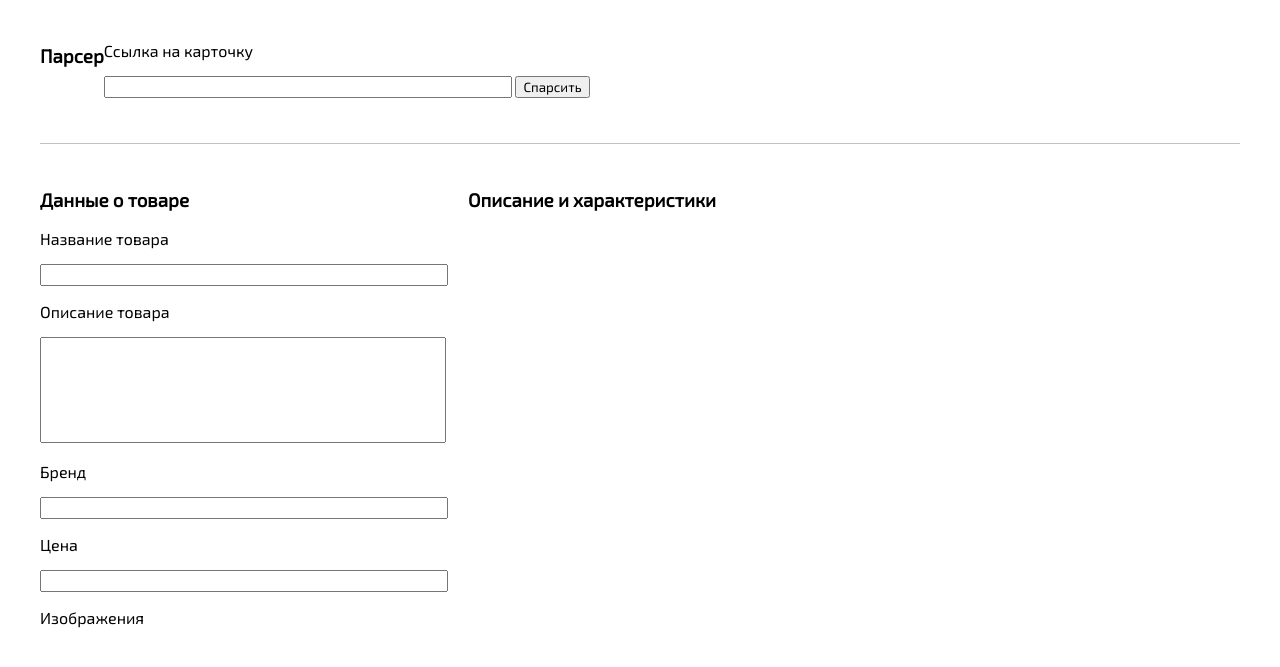
Repository: yozuul/wildberries-product-card-parser-api-exchange
Page: public/index.html
The author's editor kept a copy of each file at every save. The page is drawn from the files as they stood at one save, then again after the next save.
The browser window is 1280 px wide. The pictures show the whole page.

Above is the page before, as saved 2021-08-18 18:33:35.

### public/index.html
<!DOCTYPE html>
<html lang="en">

<head>
   <meta charset="UTF-8">
   <meta http-equiv="X-UA-Compatible" content="IE=edge">
   <meta name="viewport" content="width=device-width, initial-scale=1.0">
   <title>Document</title>
   <link rel="stylesheet" href="style.css">
</head>

<body>
   <div class="parseFormWrapper">
      <div class="parseForm">
         <h3>Парсер</h3>
         <form name="parseForm">
            <p>Ссылка на карточку</p>
            <input type="text" id="cardURL">
            <button id="parseData">Спарсить</button>
         </form>
      </div>
   </div>
   <form class="productFormWrapper">
      <div class="productFormWrapperLeft productForm">
            <h3>Данные о товаре</h3>
            <div class="inputWrapper">
               <p>Название товара</p>
               <input type="text" name="productName" id="productName">
            </div>
            <div class="inputWrapper">
               <p>Описание товара</p>
               <textarea name="productDesc" id="productDesc"></textarea>
            </div>
            <div class="inputWrapper">
               <p>Бренд</p>
               <input type="text" name="productBrand" id="productBrand">
            </div>
            <div class="inputWrapper">
               <p>Цена</p>
               <input type="text" name="productPrice" id="productPrice">
            </div>
            <div class="inputWrapper">
               <p>Изображения</p>
            </div>
      </div>
      <div class="productFormWrapperRight productForm">
         <h3>Описание и характеристики</h3>
      </div>
   </form>
   <script src="index.js"></script>
</body>

</html>

### public/style.css
@import url('https://fonts.googleapis.com/css2?family=Exo+2&display=swap');

* {
   font-family: 'Exo 2', sans-serif;
}

body {
   padding: 0;
   margin: 0;
}
.productFormWrapper, .parseFormWrapper {
   max-width: 1200px;
   margin: auto;
   padding-top: 25px;
   padding-bottom: 25px;
}
.parseFormWrapper {
   border-bottom: 1px solid #9999;
}
.productFormWrapper {
   display: flex;
}
.productFormWrapperLeft {
   margin-right: 20px;
}
.parseForm {
   display: flex;
   flex-wrap: wrap;
   max-width: 600px;
}
.parseForm input {
   width: 400px;
   margin-bottom: 20px;
}
.productForm {
}
.productForm input, .productForm textarea {
   width: 400px;
}
.productForm textarea {
   height: 100px;
   resize: none;
}
.formWrapper p {
   margin-bottom: 5px;
   margin-top: 0;
}
.inputWrapper {
   margin-bottom: 10px;
}

Loaded but not shown: index.js (no copy from this time; the picture is the same without it)

After the next save:
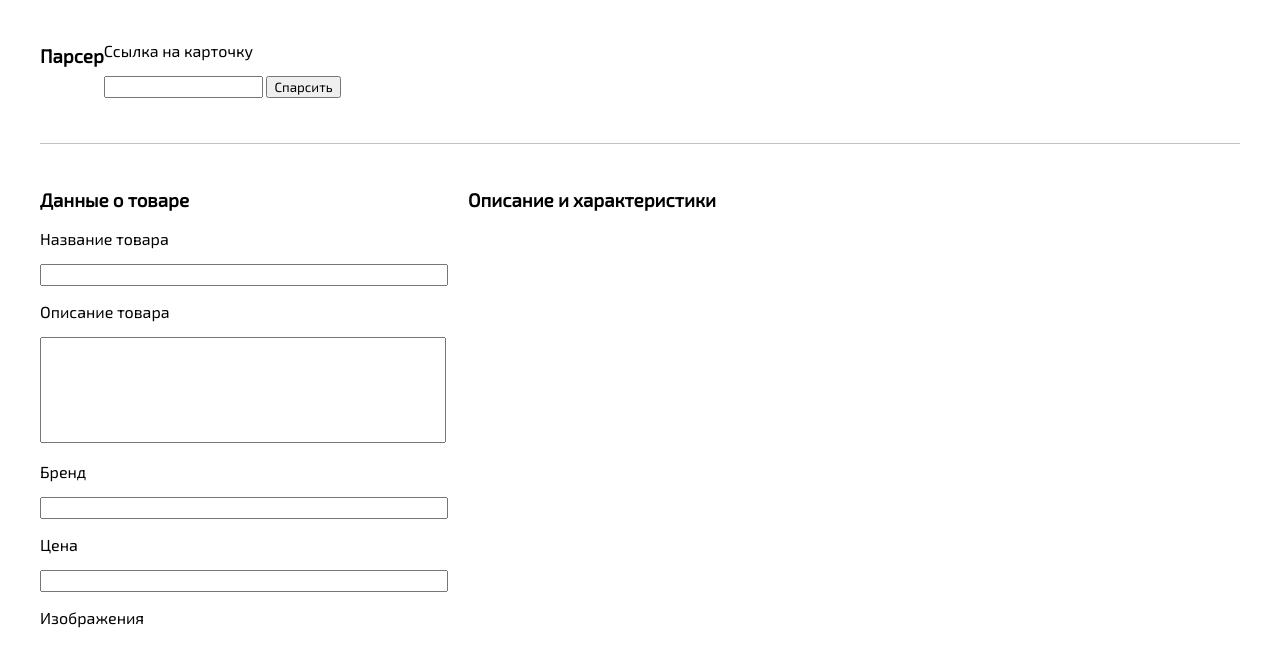
Saved 6 s later.
--- a/public/style.css
+++ b/public/style.css
@@ -29,7 +29,7 @@ body {
    max-width: 600px;
 }
 .parseForm input {
-   width: 400px;
+   max-width: 600px;
    margin-bottom: 20px;
 }
 .productForm {
